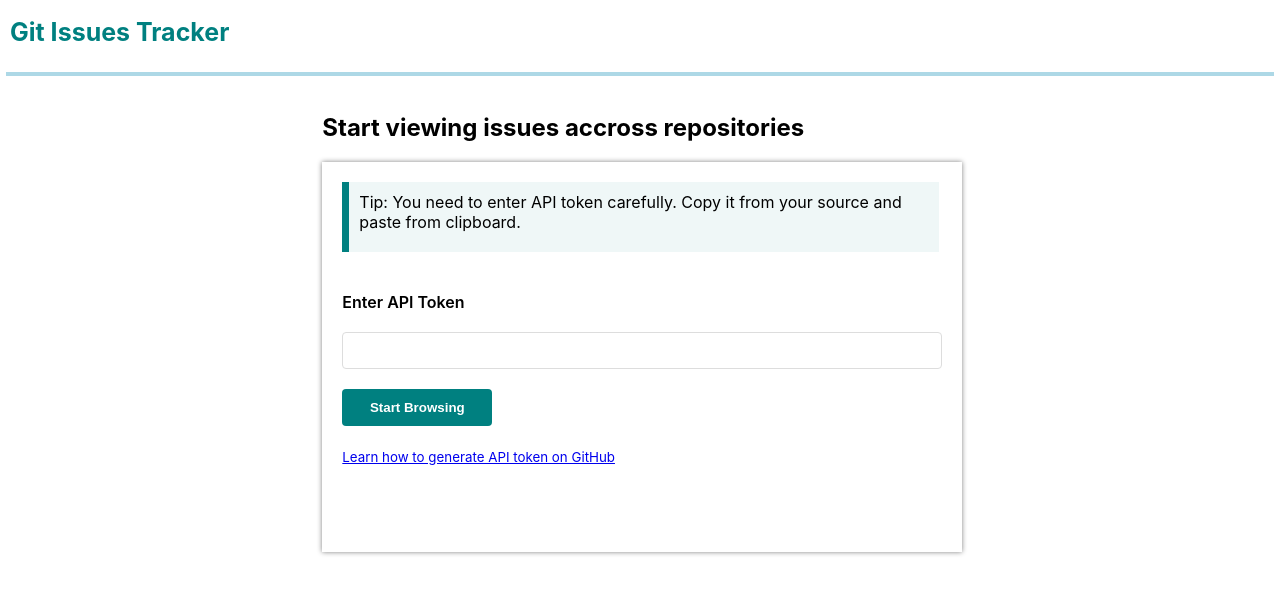
Repository: duzzisantos/github-repos-react-graphql
Page: /
An editor plug-in stored every save of this project. The page is shown before and after the next save, followed by the edit.
The browser window is 1280 px wide. The page is 1285 px wide, so the pictures cover 1285 px, including what lies to the right of the window. The pictures show the whole page.
The project was rebuilt for these pictures with package versions that can differ from the ones it lists, and the page was loaded fresh each time. Also part of the build but not shown: src/App.css, src/components/table/Filters.tsx, src/components/table/Pagination.tsx, src/components/table/TableComponent.tsx, src/components/table/columnHelpers.ts, src/utilities/funtions.ts, src/pages/Repositories.tsx, src/components/cards/Cards.tsx and 1 more.

Above is the page before, as saved 2024-06-17 17:52:21.

After the next save:
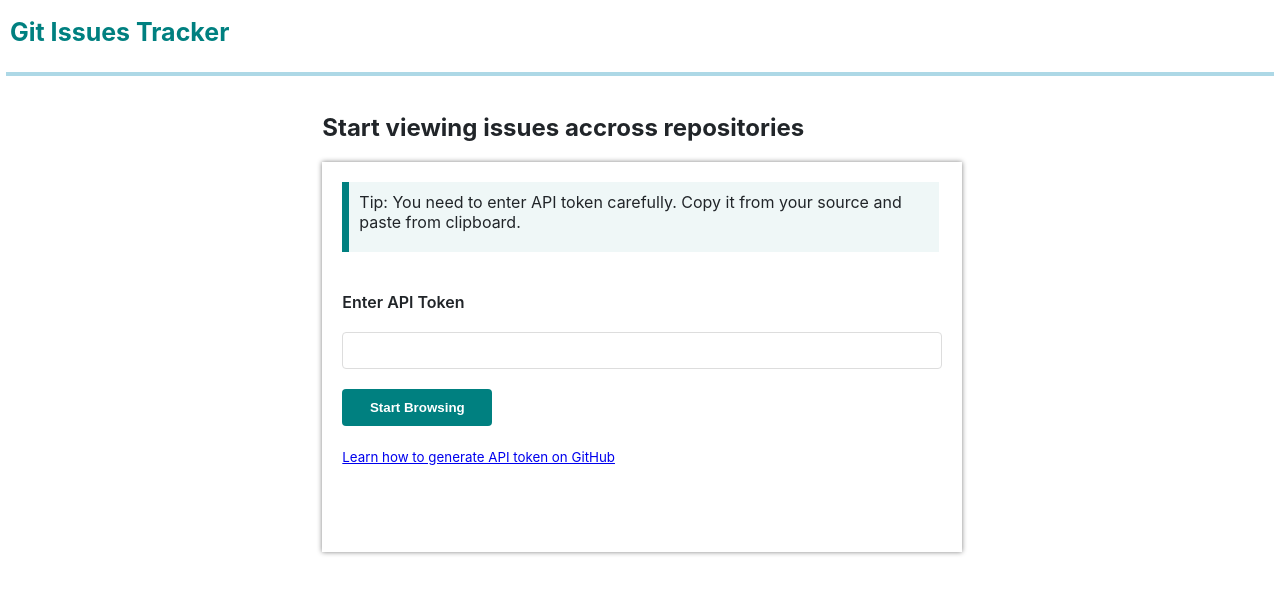
Saved 101 s later.
--- a/src/App.scss
+++ b/src/App.scss
@@ -1,3 +1,7 @@
+$text-dark: #212529;
+$padding-10: 10px;
+$padding-20: calc(2 * $padding-10);
+
 .App {
   display: flex;
   flex-direction: column;
@@ -10,6 +14,7 @@
   justify-content: center;
   bottom: 0;
   margin-left: auto;
+  color: $text-dark;
 }
 
 h1 {
